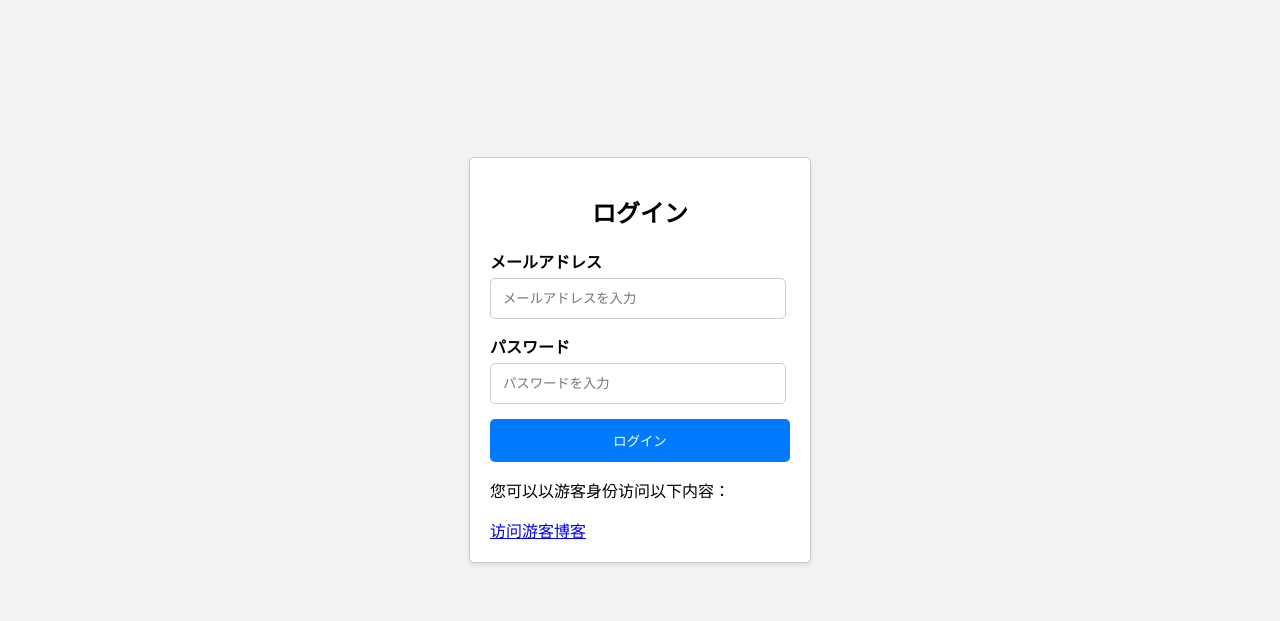
Repository: Jutta197/blog_0815
Page: src/main/resources/static/admin_login.html
These files come from the project's save history. The page is drawn as it stood at one moment and after the next save; the edit follows.
The browser window is 1280 px wide. The pictures show the whole page.

Above is the page before, as saved 2023-08-15 12:29:05.

After the next save:
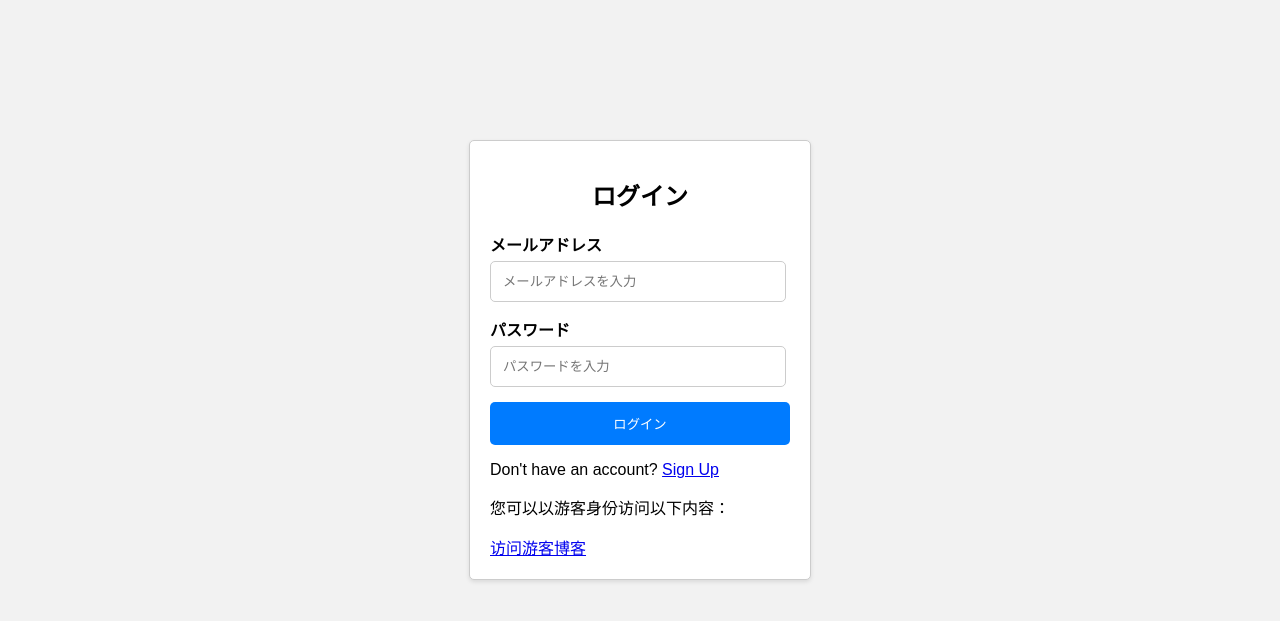
Saved 73 s later.
--- a/src/main/resources/static/admin_login.html
+++ b/src/main/resources/static/admin_login.html
@@ -19,6 +19,10 @@
             <input type="submit" value="ログイン" id="submit-button">
         </form>
         <div>
+            <p class="mb-0">Don't have an account? <a href="#!" class="text-white-50 fw-bold">Sign Up</a>
+            </p>
+        </div>
+        <div>
             <p>您可以以游客身份访问以下内容：</p>
             <a href="/guest-blog">访问游客博客</a>
         </div>
